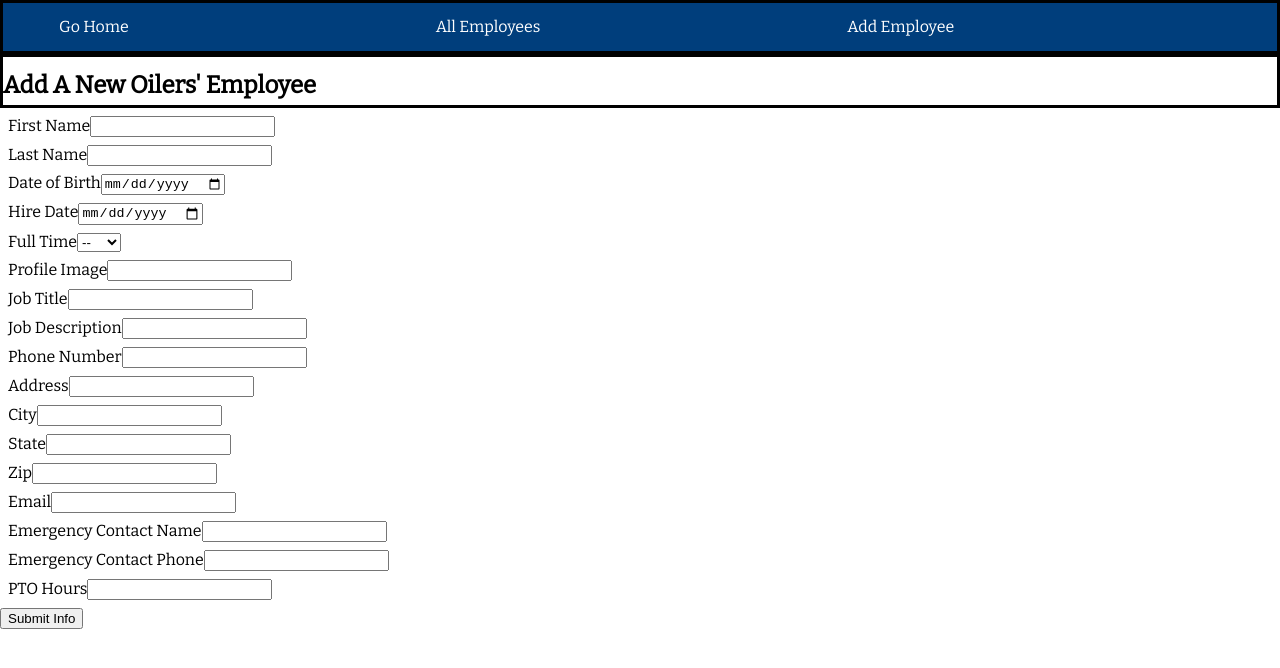
Repository: rh1456/employee-directory
Page: /2
These files come from the project's save history. The page is drawn as it stood at one moment and after the next save; the edit follows.
The browser window is 1280 px wide. The pictures show the whole page.
The project was rebuilt for these pictures with package versions that can differ from the ones it lists, and the page was loaded fresh each time. Also part of the build but not shown: src/pages/HomePage.jsx, src/pages/SingleEmployee.jsx, src/pages/AllEmployees.jsx.

Above is the page before, as saved 2019-12-08 18:56:41.

### public/index.html
<!DOCTYPE html>
<html lang="en">
  <head>
    <meta charset="utf-8" />
    <link rel="shortcut icon" href="%PUBLIC_URL%/favicon.ico" />
    <meta
      name="viewport"
      content="width=device-width, initial-scale=1, shrink-to-fit=no"
    />
    <meta name="theme-color" content="#000000" />
    <link
      href="https://fonts.googleapis.com/css?family=Bitter&display=swap"
      rel="stylesheet"
    />
    <!--
      manifest.json provides metadata used when your web app is added to the
      homescreen on Android. See https://developers.google.com/web/fundamentals/web-app-manifest/
    -->
    <link rel="manifest" href="%PUBLIC_URL%/manifest.json" />
    <!--
      Notice the use of %PUBLIC_URL% in the tags above.
      It will be replaced with the URL of the `public` folder during the build.
      Only files inside the `public` folder can be referenced from the HTML.

      Unlike "/favicon.ico" or "favicon.ico", "%PUBLIC_URL%/favicon.ico" will
      work correctly both with client-side routing and a non-root public URL.
      Learn how to configure a non-root public URL by running `npm run build`.
    -->
    <title>Employee Directory</title>
  </head>
  <body>
    <noscript>
      You need to enable JavaScript to run this app.
    </noscript>
    <div id="root"></div>
    <!--
      This HTML file is a template.
      If you open it directly in the browser, you will see an empty page.

      You can add webfonts, meta tags, or analytics to this file.
      The build step will place the bundled scripts into the <body> tag.

      To begin the development, run `npm start` or `yarn start`.
      To create a production bundle, use `npm run build` or `yarn build`.
    -->
  </body>
</html>

### src/index.css
:root {
  font: 16px / 1 'Bitter', serif;
}

html {
  height: 100%;
}

body {
  margin: 0;
  min-height: 100%;
}

ul {
  display: flex;
  flex-direction: row;
  justify-content: space-between;
  border: solid black;
  margin: 0;
  height: 3rem;
  background-color: #003e7c;
}
nav li {
  list-style: none;
  margin: 1rem;
  color: white;
}
.Nav-link {
  color: white;
  text-decoration: none;
}
.homepage-head {
  display: flex;
  margin: 2rem;
  justify-content: center;
  color: #e76222;
}

.homepage-main {
  display: flex;
  justify-content: center;
}

.oilers-logo {
  height: 20rem;
  width: auto;
}
.all-employees-main {
  display: flex;
  flex-direction: row;
  justify-content: space-between;
  flex-wrap: wrap;
}
.allEmployees {
  border: solid black;
  margin: 2rem;
}

.employee-profile-image {
  height: 13rem;
}
.employeeLabel {
  margin: 0.5rem;
}
.form-h2 {
  margin: 0;
  border: solid black;
  padding-top: 1rem;
  height: 2rem;
}

### src/App.jsx
import React from 'react'
import { BrowserRouter as Router, Link, Route, Switch } from 'react-router-dom'
// import AllEmployees from './pages/AllEmployees'
import AddEmployee from './pages/AddEmployee'
import HomePage from './pages/HomePage'
import SingleEmployee from './pages/SingleEmployee'
import AllEmployees from './pages/AllEmployees'

const App = () => {
  return (
    <Router>
      <header>
        <nav>
          <ul>
            <li>
              <Link to="/" className="Nav-link">
                Go Home
              </Link>
            </li>
            <li>
              <Link to="/1" className="Nav-link">
                All Employees
              </Link>
            </li>
            <li>
              <Link to="/2" className="Nav-link">
                Add Employee
              </Link>
            </li>
            <li>{/* <Link to="/employee/:id">Si</Link> */}</li>
          </ul>
        </nav>
      </header>

      <Switch>
        <Route exact path="/" component={HomePage}></Route>
        <Route exact path="/1" component={AllEmployees}></Route>
        <Route exact path="/2" component={AddEmployee}></Route>
        <Route path="/employee/:id" component={SingleEmployee}></Route>
      </Switch>
    </Router>
  )
}

export default App

// <main className="all-employees">
// {employeeData.map((info, i) => {
//   return (
//     <div className="employee-info">
//       <div className="empolyee-sect" key={i}>
//         <div className="employee-data">
//           <img className="employee-pic" src={info.profileImage} />
//           <h2 className="employee-full-name">
//             {info.firstName} {info.lastName}
//           </h2>
//           <h3 className="job">{info.jobTitle}</h3>
//           <h3 className="full-time">
//             Full Time: {info.isFullTime ? 'Yes' : 'No'}
//           </h3>
//         </div>
//       </div>
//     </div>
//   )
// })}

### src/pages/AddEmployee.jsx
import React, { useState } from 'react'
import { Redirect } from 'react-router-dom'
import axios from 'axios'

const AddEmployee = () => {
  const [resetForm, setResetForm] = useState('')
  const [firstName, setFirstName] = useState('')
  const [lastName, setLastName] = useState('')
  const [birthday, setBirthday] = useState('')
  const [hireDate, setHireDate] = useState('')
  const [isFullTime, setIsFullTime] = useState('')
  const [profileImage, setProfileImage] = useState('')
  const [jobTitle, setJobTitle] = useState('')
  const [jobDescription, setJobDescription] = useState('')
  const [phoneNumber, setPhoneNumber] = useState('')
  const [address, setAdress] = useState('')
  const [city, setCity] = useState('')
  const [state, setState] = useState('')
  const [zip, setZip] = useState('')
  const [email, setEmail] = useState('')
  const [emergencyContactPerson, setEmergencyContactPerson] = useState('')
  const [emergencyContactPhone, setEmergencyContactPhone] = useState('')
  const [emergencyContactAddress, setEmergencyContactAddress] = useState('')
  const [ptoHours, setPtoHours] = useState('')

  const submitForm = async event => {
    event.preventDefault()
    const resp = await axios.post(
      'https://sdg-staff-directory-app.herokuapp.com/api/oilers/Employees',

      {
        firstName: firstName,
        lastName: lastName,
        birthday: birthday,
        hireDate: hireDate,
        isFullTime: isFullTime,
        profileImage: profileImage,
        jobTitle: jobTitle,
        jobDescription: jobDescription,
        phoneNumber: phoneNumber,
        address: address,
        city: city,
        state: state,
        zip: zip,
        email: email,
        emergencyContactPerson: emergencyContactPerson,
        emergencyContactPhone: emergencyContactPhone,
        emergencyContactAddress: setEmergencyContactAddress,
        ptoHours,
        ptoHours,
      }
    )
  }
  return (
    <>
      <main>
        <h2 className="form-h2"> Add A New Oilers' Employee</h2>
        <form onSubmit={submitForm}>
          <section>
            <section className="employeeLabel">
              <label htmlFor="firstName">First Name</label>
              <input
                onChange={e => {
                  setFirstName(e.target.value)
                }}
                value={firstName}
                type="text"
              />
            </section>
            <section className="employeeLabel">
              <label htmlFor="lastName">Last Name</label>
              <input
                onChange={e => {
                  setLastName(e.target.value)
                }}
                value={lastName}
                type="text"
              />
            </section>
            <section className="employeeLabel">
              <label htmlFor="birthday">Date of Birth</label>
              <input
                className="dateData"
                onChange={e => {
                  setBirthday(e.target.value)
                }}
                type="date"
                value={birthday}
              />
            </section>
            <section className="employeeLabel">
              <label htmlFor="hireDate">Hire Date</label>
              <input
                className="dateData"
                onChange={e => {
                  setHireDate(e.target.value)
                }}
                type="date"
                value={hireDate}
              />
            </section>
            <section className="employeeLabel">
              <label htmlFor="fullTime">Full Time</label>
              <select
                onChange={e => {
                  setIsFullTime(e.target.value)
                }}
                type="text"
                value={isFullTime}
              >
                <option value="">--</option>
                <option value="true">Yes</option>
                <option value="false">No</option>
              </select>
            </section>
            <section className="employeeLabel">
              <label htmlFor="profileImage">Profile Image</label>
              <input
                onChange={e => {
                  setProfileImage(e.target.value)
                }}
                type="url"
                value={profileImage}
              />
            </section>
            <section className="employeeLabel">
              <label htmlFor="jobTitle">Job Title</label>
              <input
                onChange={e => {
                  setJobTitle(e.target.value)
                }}
                type="text"
                value={jobTitle}
              />
            </section>
            <section className="employeeLabel">
              <label htmlFor="jobDescription">Job Description</label>
              <input
                onChange={e => {
                  setJobDescription(e.target.value)
                }}
                type="text"
                value={jobDescription}
              />
            </section>
            <section className="employeeLabel">
              <label htmlFor="phone">Phone Number</label>
              <input
                onChange={e => {
                  setPhoneNumber(e.target.value)
                }}
                type="text"
                value={phoneNumber}
              />
            </section>
            <section className="employeeLabel">
              <label htmlFor="address">Address</label>
              <input
                onChange={e => {
                  setAdress(e.target.value)
                }}
                type="text"
                value={address}
              />
            </section>
            <section className="employeeLabel">
              <label htmlFor="city">City</label>
              <input
                onChange={e => {
                  setCity(e.target.value)
                }}
                type="text"
                value={city}
              />
            </section>
            <section className="employeeLabel">
              <label htmlFor="state">State</label>
              <input
                onChange={e => {
                  setState(e.target.value)
                }}
                type="text"
                value={state}
              />
            </section>
            <section className="employeeLabel">
              <label htmlFor="zip">Zip</label>
              <input
                onChange={e => {
                  setZip(e.target.value)
                }}
                type="text"
                value={zip}
              />
            </section>
            <section className="employeeLabel">
              <label htmlfor="email">Email</label>
              <input
                onChange={e => {
                  setEmail(e.target.value)
                }}
                type="text"
                value={email}
              />
            </section>
            <section className="employeeLabel">
              <label htmlFor="emergencyContactName">
                Emergency Contact Name
              </label>
              <input
                onChange={e => {
                  setEmergencyContactPerson(e.target.value)
                }}
                type="text"
                value={setEmergencyContactPerson}
              />
            </section>
            <section className="employeeLabel">
              <label htmlFor="emergencyContactPhone">
                {' '}
                Emergency Contact Phone
              </label>
              <input
                onChange={e => {
                  setEmergencyContactPhone.apply(e.target.value)
                }}
                type="text"
                value={emergencyContactPhone}
              />
            </section>
            <section className="employeeLabel">
              <label htmlFor="pto">PTO Hours</label>
              <input
                onChange={e => {
                  setPtoHours(e.target.value)
                }}
                type="text"
                value={ptoHours}
              />
            </section>
            <section className="sumbit">
              <button className="submit-button">Submit Info</button>
            </section>
          </section>
        </form>
      </main>
    </>
  )
}

export default AddEmployee

Loaded but not shown: src/index.js (common file)

After the next save:
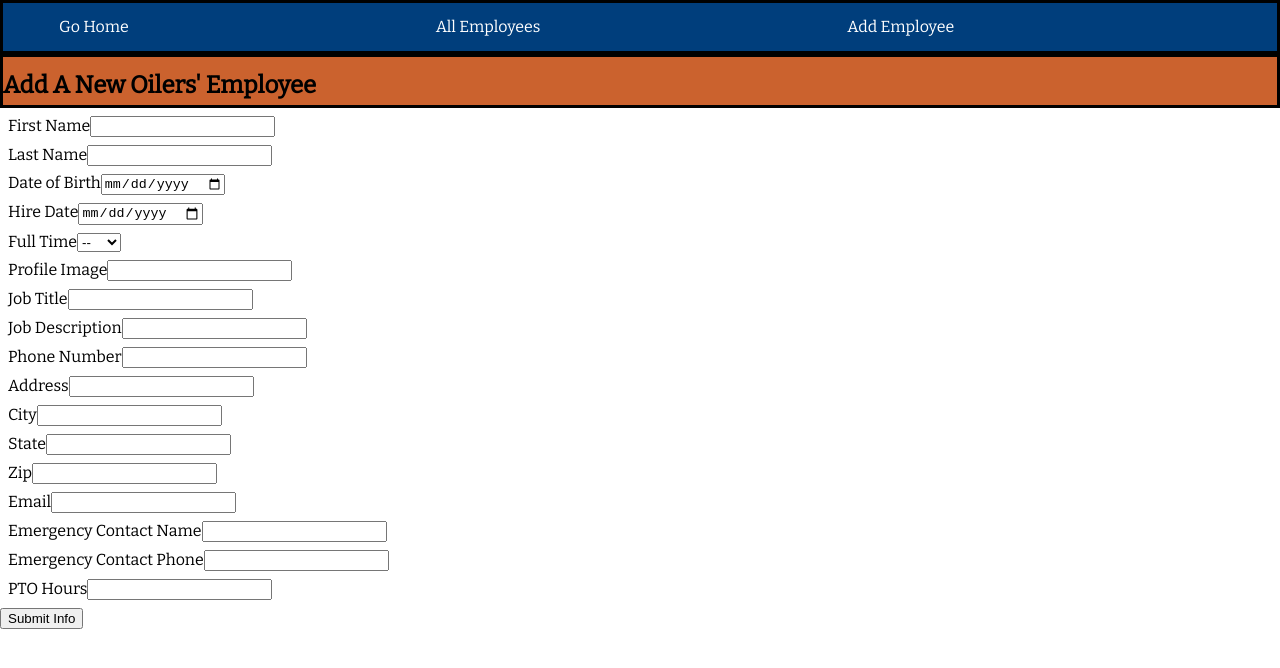
Saved 75 s later.
--- a/src/index.css
+++ b/src/index.css
@@ -67,4 +67,5 @@
   border: solid black;
   padding-top: 1rem;
   height: 2rem;
+  background-color: #cb622e;
 }
